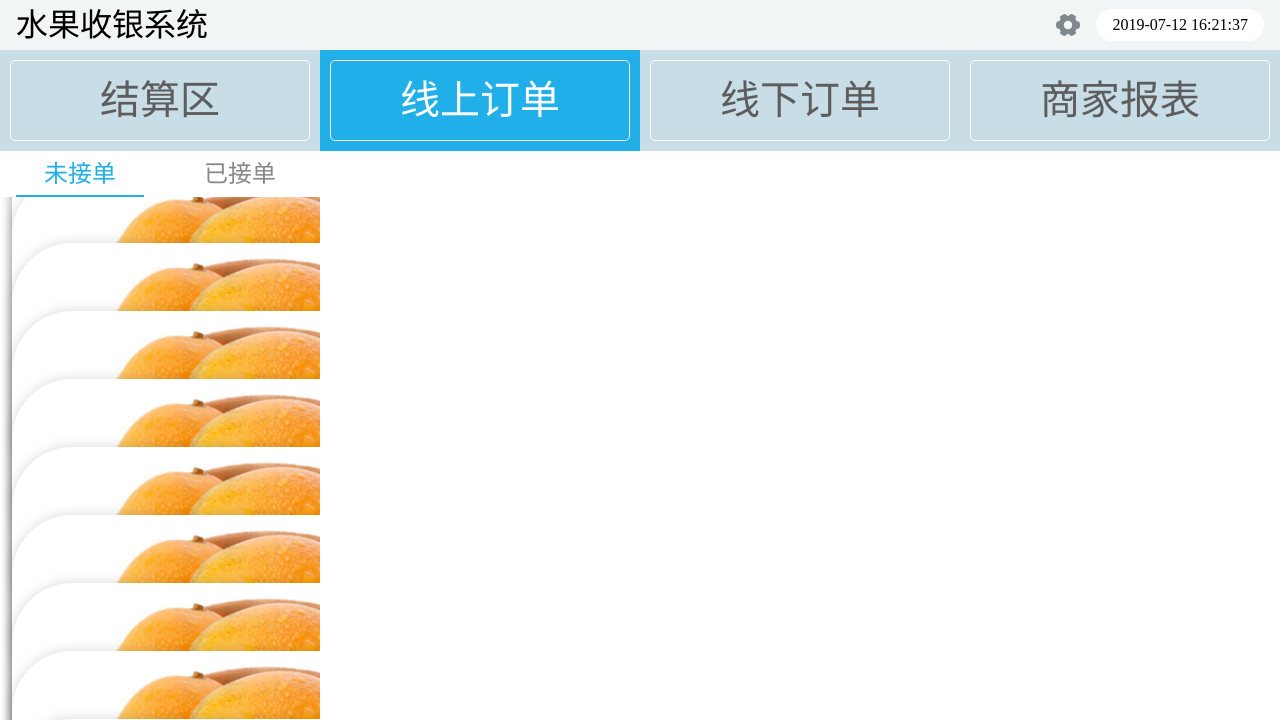
Repository: missing-star/fruit
Page: index.html
An editor plug-in stored every save of this project. The page is shown before and after the next save, followed by the edit.
The browser window is 1280 px wide. The pictures show the whole page.

Above is the page before, as saved 2019-07-12 16:27:53.

After the next save:
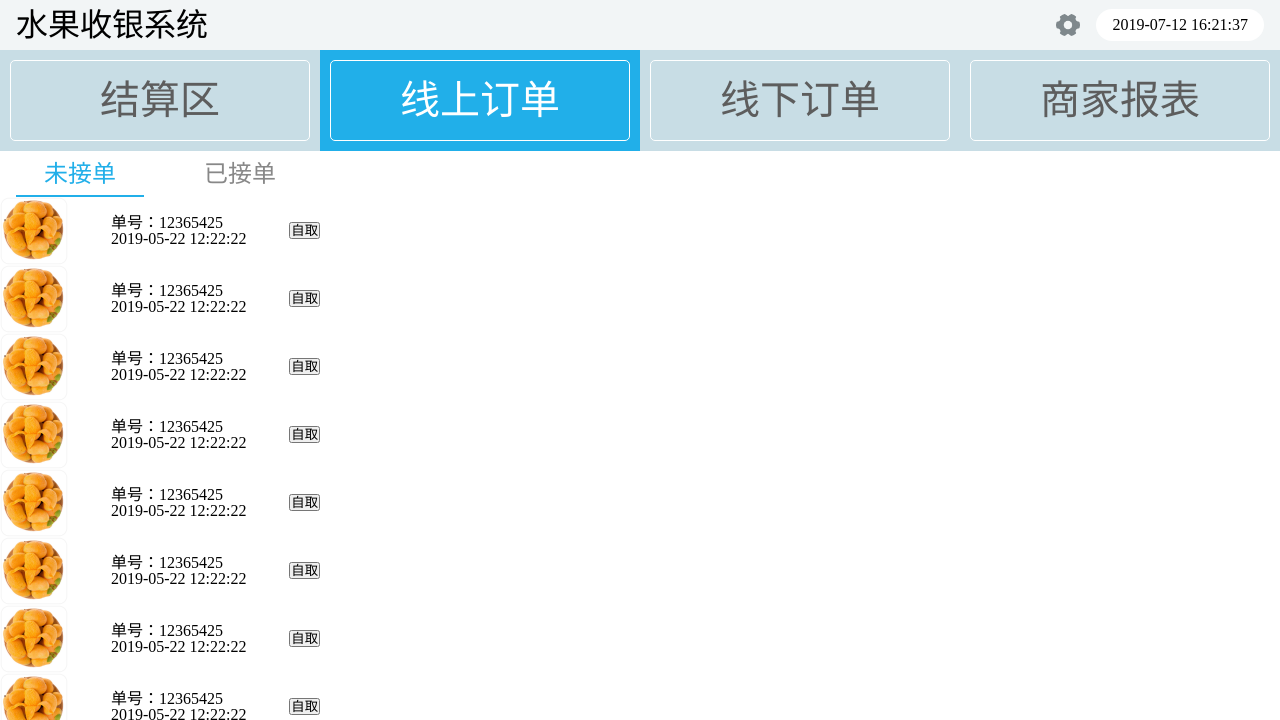
Saved 13 s later.
--- a/css/index.css
+++ b/css/index.css
@@ -365,3 +365,6 @@ li.order-item {
     height: 13%;
     font-size: 1rem;
 }
+img.order-goods-pic{
+    height: 100%;
+}
